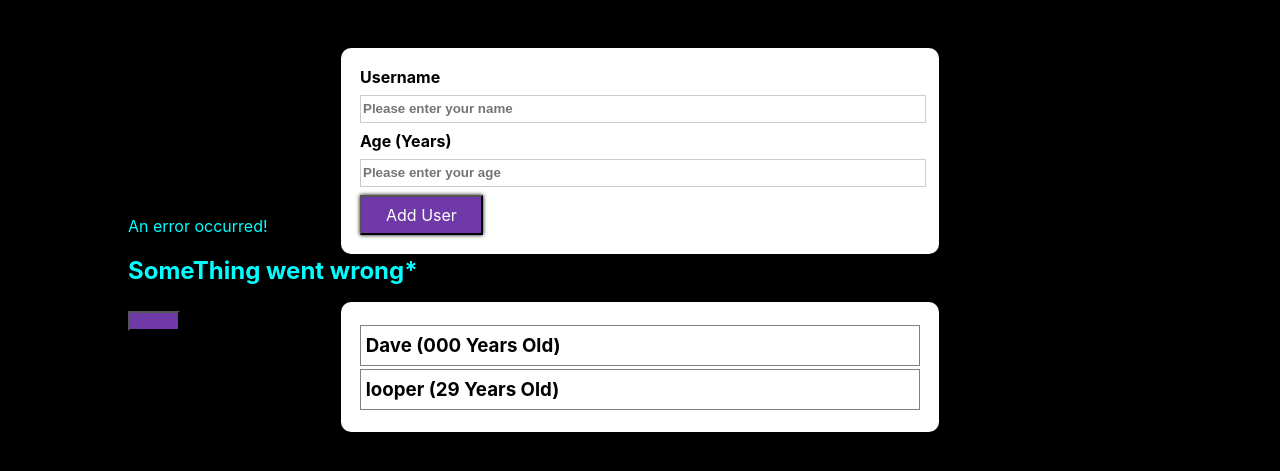
Repository: NamalPathirana/section-eight
Page: /
The author's editor kept a copy of each file at every save. The page is drawn from the files as they stood at one save, then again after the next save.
The browser window is 1280 px wide. The pictures show the whole page.
The project was rebuilt for these pictures with package versions that can differ from the ones it lists, and the page was loaded fresh each time. Also part of the build but not shown: src/App.module.css.

Above is the page before, as saved 2021-12-04 14:05:46.

After the next save:
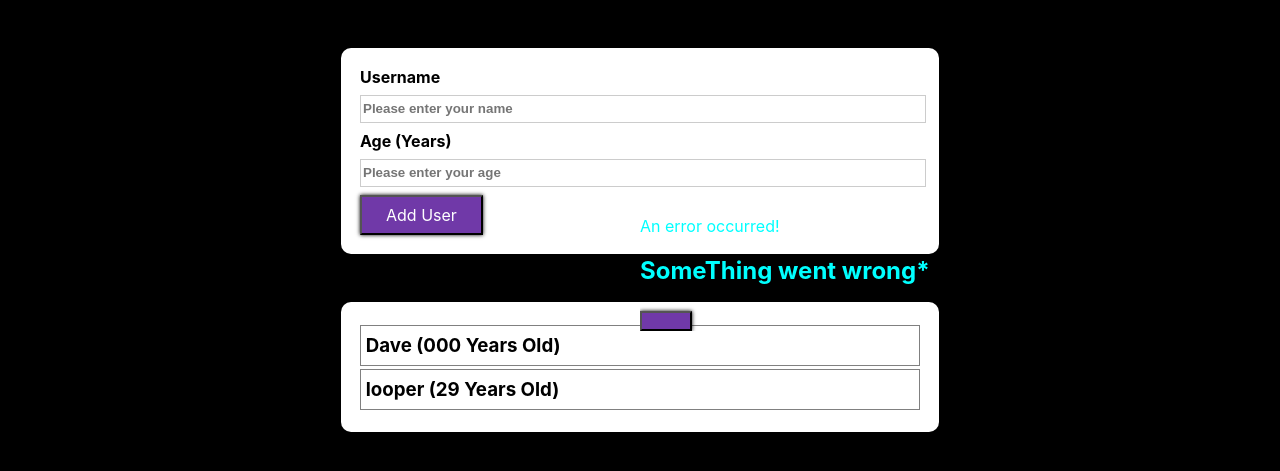
Saved 11 s later.
--- a/src/UI/ErrorModal/ErrorModal.module.css
+++ b/src/UI/ErrorModal/ErrorModal.module.css
@@ -1,7 +1,7 @@
 .modal{
     position: fixed;
     top:30vh;
-    left: 10%;
+    left: 50%;
     width: 80%;
     z-index: 100;
     color: aqua;
